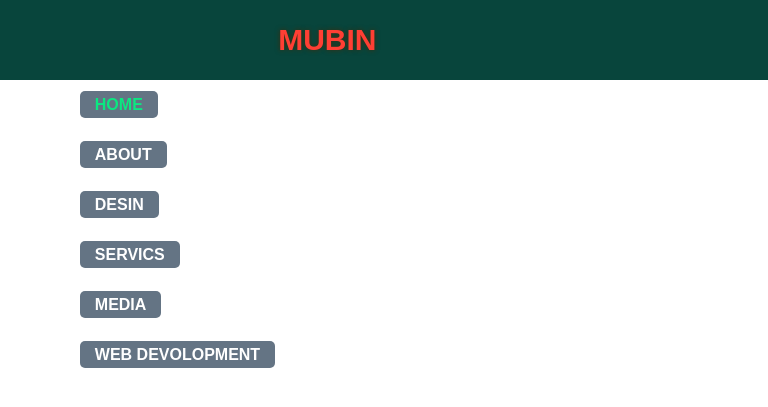
Repository: mdaj6804gmail/1-page-web-theme
Page: index.html
These files come from the project's save history. The page is drawn as it stood at one moment and after a run of saves; the edit follows.
The browser window is 768 px wide. The pictures show the whole page.

Above is the page before, as saved 2022-12-18 12:57:19.

### index.html
<!DOCTYPE html>
<html lang="en">
<head>
  <meta charset="UTF-8">
  <meta http-equiv="X-UA-Compatible" content="IE=edge">
  <meta name="viewport" content="width=device-width, initial-scale=1.0">
  <link rel="stylesheet" href="style.css">
  <title>NAVBAR</title>
</head>
<body>

  <nav>
    <div class="header">
      <label class="logo">MUBIN</label>
      <ul>
       <li><a href="#" style="color: #0be881;">home</a></li>
       <li><a href="#">about</a></li>
       <li><a href="#">desin</a></li>
       <li><a href="#">servics</a></li>
       <li><a href="#">media</a></li>
       <li><a href="#">web devolopment</a></li>
      </ul>

    </div>


  </nav>
</body>
</html>

### style.css
*{
  margin: 0;
  padding: 0;
  list-style: none;
  text-decoration: none;
}
body{
  font-family: Arial, Helvetica, sans-serif;
}
nav{
  background-color: rgb(8, 69, 60);
  width: 100%;
  height: 80px;

}
.header{
  width: 80%;

  margin: 0 auto;
}
nav .logo{
  font-size: 30px;
  color: rgba(255, 63, 52,1.0);
 text-align: center;
 line-height: 80px;
 font-weight: bold;
 text-shadow: 0 0 5px rgb(61, 44, 12);
}
nav ul{
  float: right;

}
nav ul li{
  display: inline-block;
  line-height:80px;
  padding: 0 3px;

}
nav ul li a{
  color: white;
  text-transform: uppercase;
  font-weight:bold;
  padding:5px 15px;
  background-color:rgb(100, 116, 132) ;
  border-radius: 5px;

}
nav ul li a:hover{
  background-color: rgba(111, 3, 3, 07);
  color: rgb(37, 216, 70);
  box-shadow:0 0 5px white;

}

@media (max-width:786px){

  nav ul li{
    display: block;
    line-height: 50px;
  }
  nav ul{
    margin-top: 80px;
    float: left;
  }

}

After the next 5 saves:
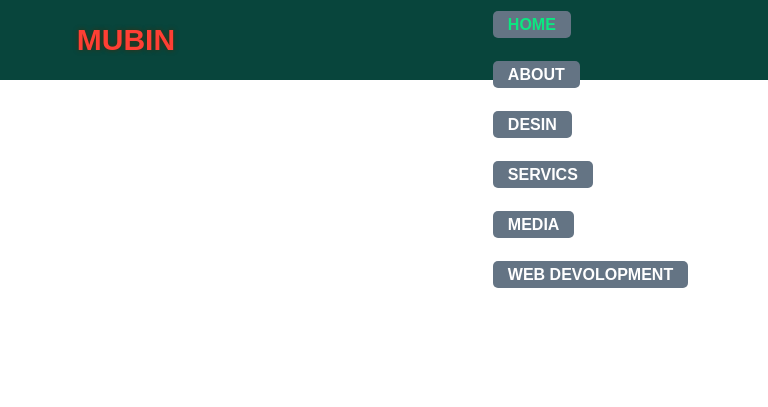
The 5 saves are shown as one change because they came seconds apart.
The last was saved 48 s later.
--- a/style.css
+++ b/style.css
@@ -60,7 +60,7 @@
   }
   nav ul{
     margin-top: 80px;
-    float: left;
+    margin: 0 auto;
   }
 
 }
